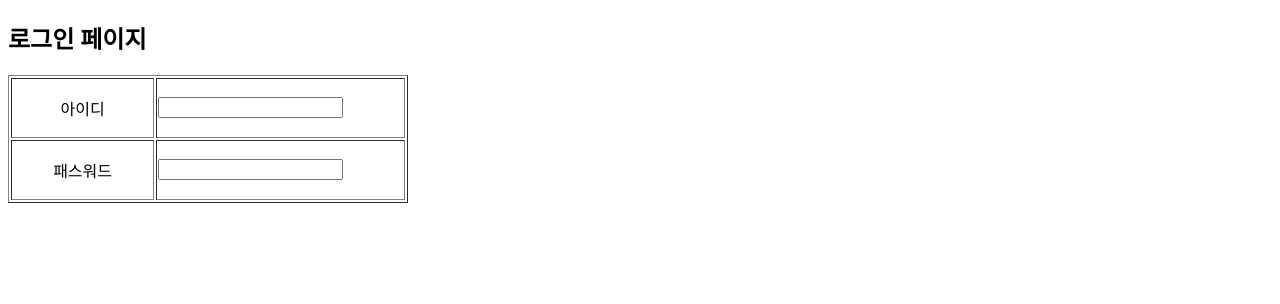
Repository: ohseung-web/OTjsp2026
Page: http://localhost/chapter/RequestLogin.jsp
An editor plug-in stored every save of this project. The page is shown before and after the next save, followed by the edit.
The browser window is 1280 px wide. The pictures show the whole page.
The page is served by Tomcat 9.

Above is the page before, as saved 2026-10-17 05:58:01.

### chapter/src/main/webapp/RequestLogin.jsp
<%@ page language="java" contentType="text/html; charset=UTF-8"
    pageEncoding="UTF-8"%>
<!DOCTYPE html>
<html>
<head>
<meta charset="UTF-8">
<title>Insert title here</title>
</head>
<body>
	<h2> 로그인 페이지 </h2>
	<!-- form안의 action은 이 페이지에서 작성한 정보를 떠넘겨주는 파일명을 기술하는 공간 -->
	<!-- 코드 한줄 복사 단축키 : Ctrl + Alt + ↓ -->
	<!-- form안의 method은 전송방식을 의미한다. (Get,  Post) -->
	<form action="RequestloginProc.jsp" method="get">
		<table width="400" border="1">
			<tr height="60">
				<td align="center" width="150">아이디</td>
				<td align="letf" width="250">
					<input type="text" name="id">
				</td>
			</tr>
			<tr height="60">
				<td align="center" width="150">패스워드</td>
				<td align="letf" width="250">
					<input type="password" name="pass">
				</td>
			</tr>
		</table>
	</form>
</body>
</html>

After the next save:
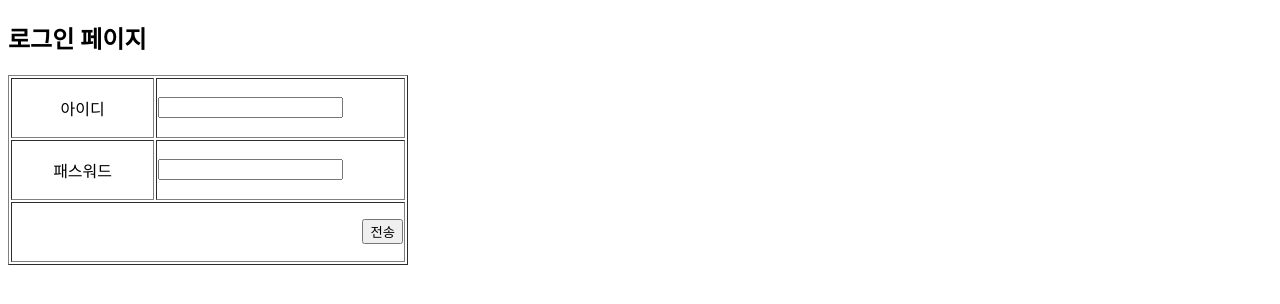
Saved 110 s later.
--- a/chapter/src/main/webapp/RequestLogin.jsp
+++ b/chapter/src/main/webapp/RequestLogin.jsp
@@ -25,6 +25,11 @@
 					<input type="password" name="pass">
 				</td>
 			</tr>
+			<tr height="60">
+				<td colspan="2" align="right" width="150">
+					<input type="submit" value="전송">
+				</td>
+			</tr>
 		</table>
 	</form>
 </body>
